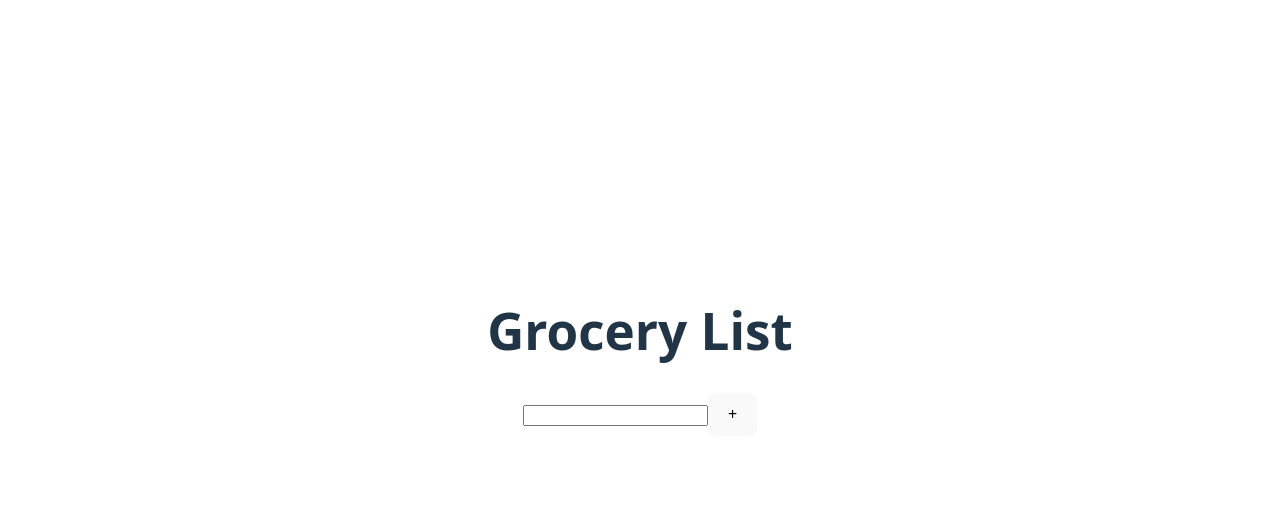
Repository: JuliaW05/CS491
Page: / (app in GroceryList/)
An editor plug-in stored every save of this project. The page is shown before and after a run of saves, followed by the edit.
The browser window is 1280 px wide. The pictures show the whole page.
The project was rebuilt for these pictures with package versions that can differ from the ones it lists, and the page was loaded fresh each time. Also part of the build but not shown: GroceryList/vite.config.js.

Above is the page before, as saved 2026-03-04 23:22:46.

### GroceryList/index.html
<!doctype html>
<html lang="en">
  <head>
    <meta charset="UTF-8" />
    <link rel="icon" type="image/svg+xml" href="/vite.svg" />
    <meta name="viewport" content="width=device-width, initial-scale=1.0" />
    <title>grocery-list</title>
  </head>
  <body>
    <div id="root"></div>
    <script type="module" src="/src/main.jsx"></script>
  </body>
</html>

### GroceryList/src/App.jsx
import { useState } from "react";
import "./App.css";
import GroceryList from "./GroceryList";

function App() {
  return (
    <>
      <h1>Grocery List</h1>
      <div>
        <GroceryList></GroceryList>
      </div>
    </>
  );
}

export default App;

### GroceryList/src/GroceryList.jsx
import "./App.css";
import { useState } from "react";

const GroceryList = () => {
  const [list, setList] = useState([]);
  const [item, setItem] = useState("");

  const addItem = () => {
    setList([...list, item]);
    setItem("");
  };

  return (
    <div>
      <input
        type="text"
        value={item}
        onChange={(e) => setItem(e.target.value)} />
      <button onClick={addItem}>+</button>

      <ul>
        {" "}
        {list.map((i, index) => (
          <li key={index}>{i}</li>
        ))}
      </ul>
    </div>
  );
};

export default GroceryList;

Loaded but not shown: GroceryList/src/main.jsx (common file); GroceryList/src/index.css (common file); GroceryList/src/App.css (common file)

After the next 6 saves:
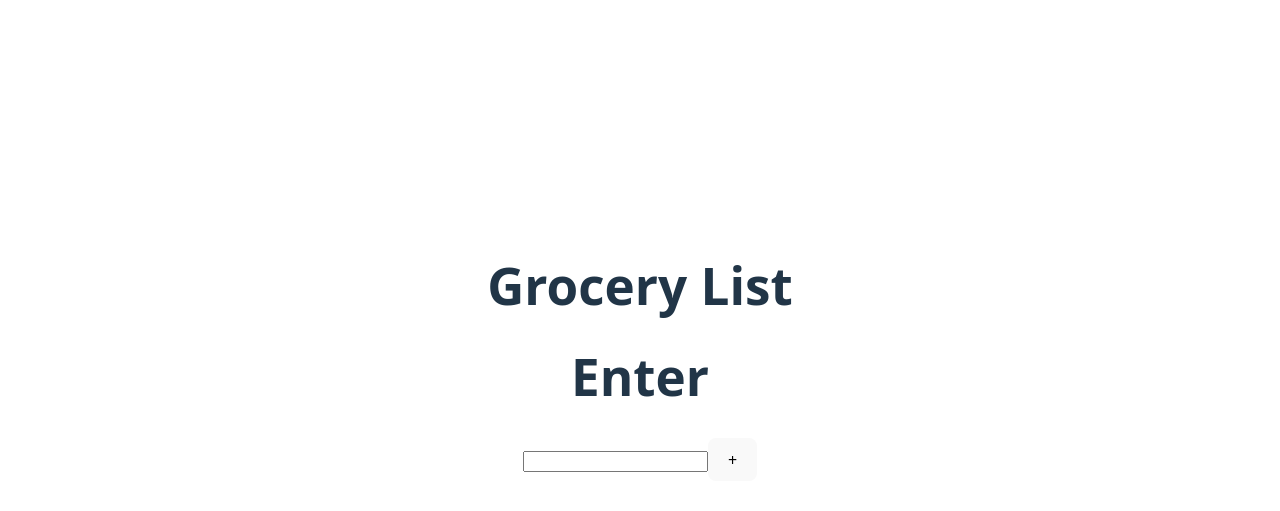
The 6 saves are shown as one change because 1 did not build or start and some came seconds apart.
The last was saved 48 s later.
--- a/GroceryList/src/GroceryList.jsx
+++ b/GroceryList/src/GroceryList.jsx
@@ -12,6 +12,7 @@ const GroceryList = () => {
 
   return (
     <div>
+        <h1>Enter </h1>
       <input
         type="text"
         value={item}
